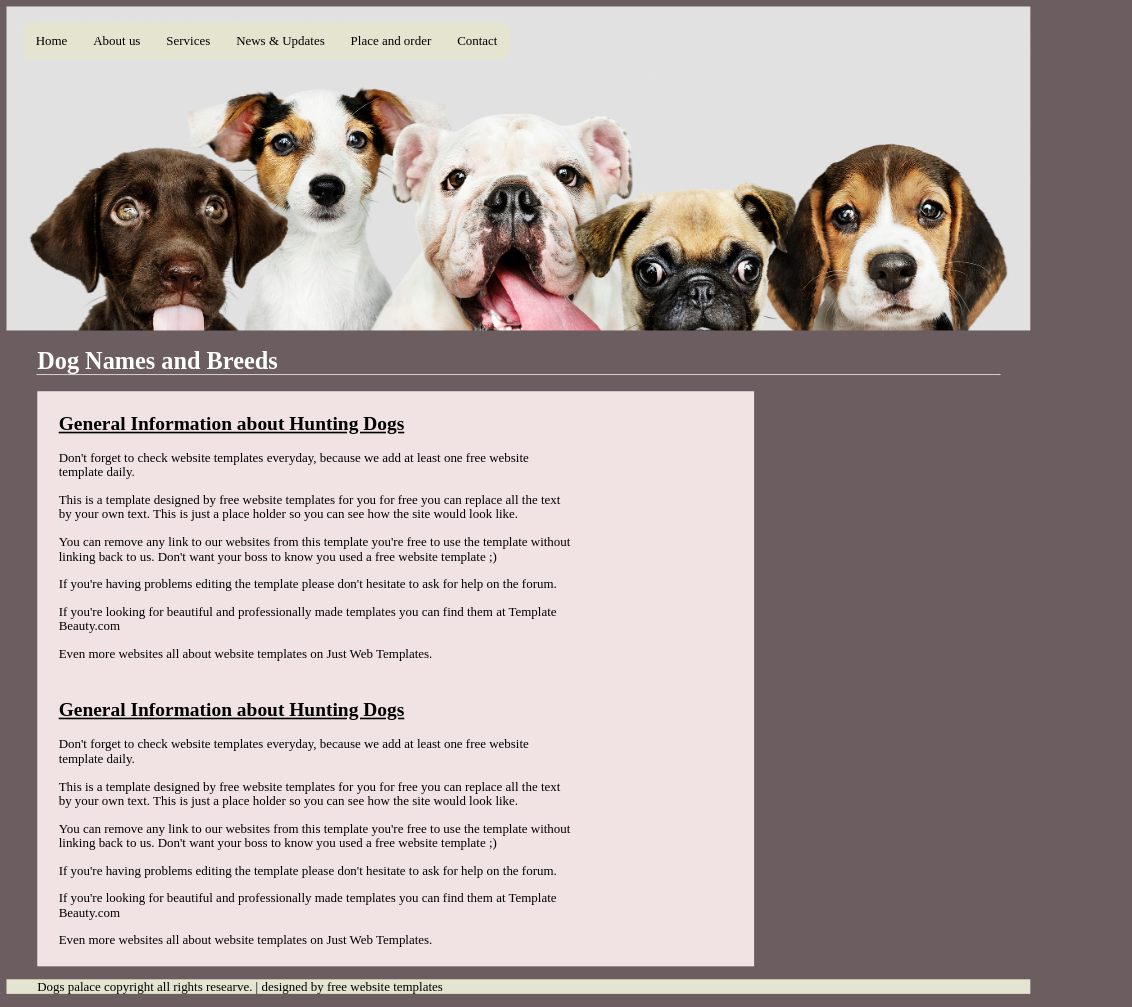
Repository: Tayma-Kazmouz/labwork
Page: index.html
An editor plug-in stored every save of this project. The page is shown before and after the next save, followed by the edit.
The browser window is 1280 px wide. The page is 1280 px wide, then 1398 px, so the pictures cover 1398 px, including what lies to the right of the window. The pictures show the whole page, at 81% of full size.

Above is the page before, as saved 2022-04-04 17:05:10.

After the next save:
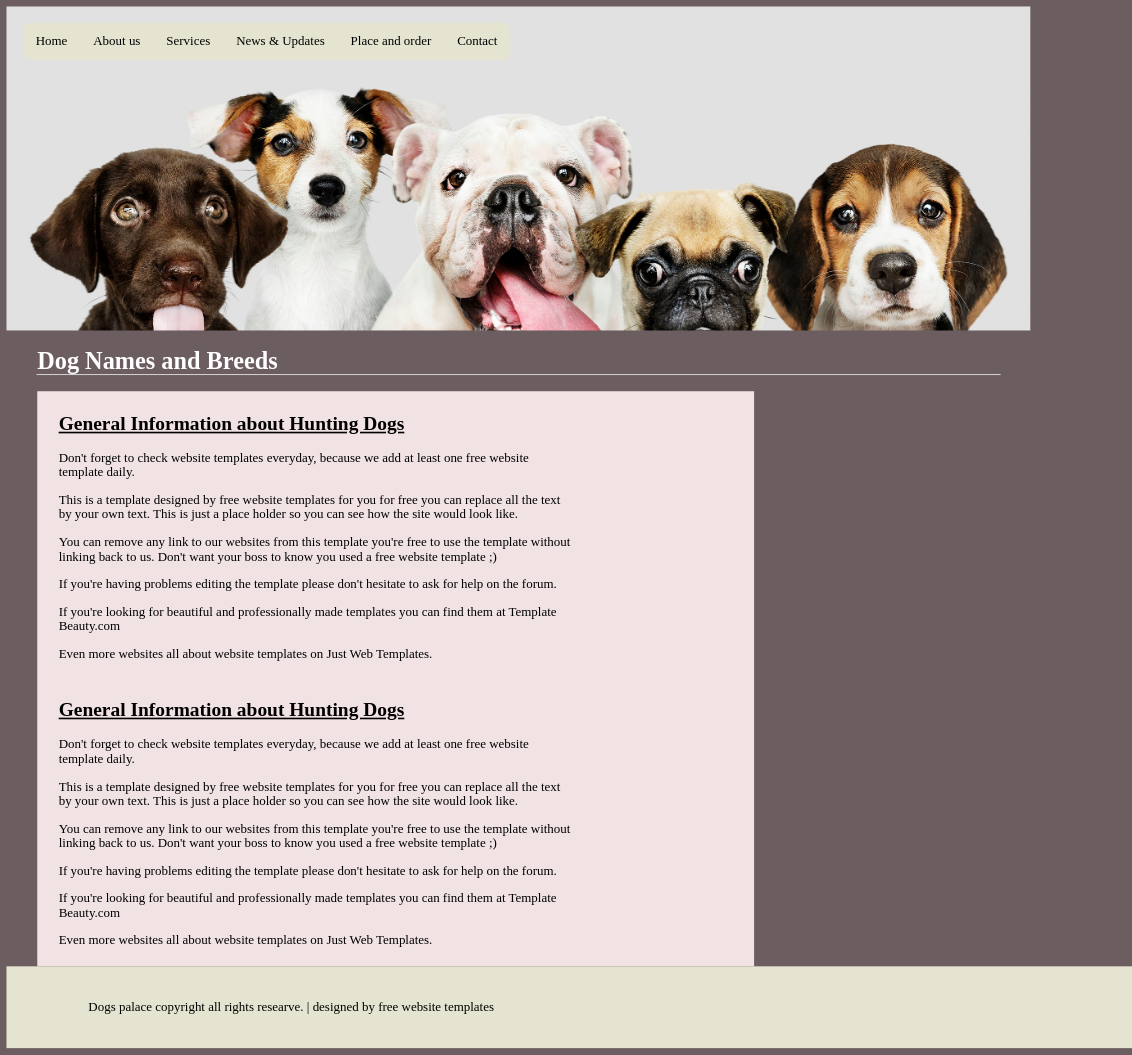
Saved 41 s later.
--- a/styles.css
+++ b/styles.css
@@ -69,5 +69,6 @@ p{
     background-color: rgb(228, 228, 208);
     width: 100%;
     position: relative;
+    padding: 2% 5% 2% 5%;
 
 }
